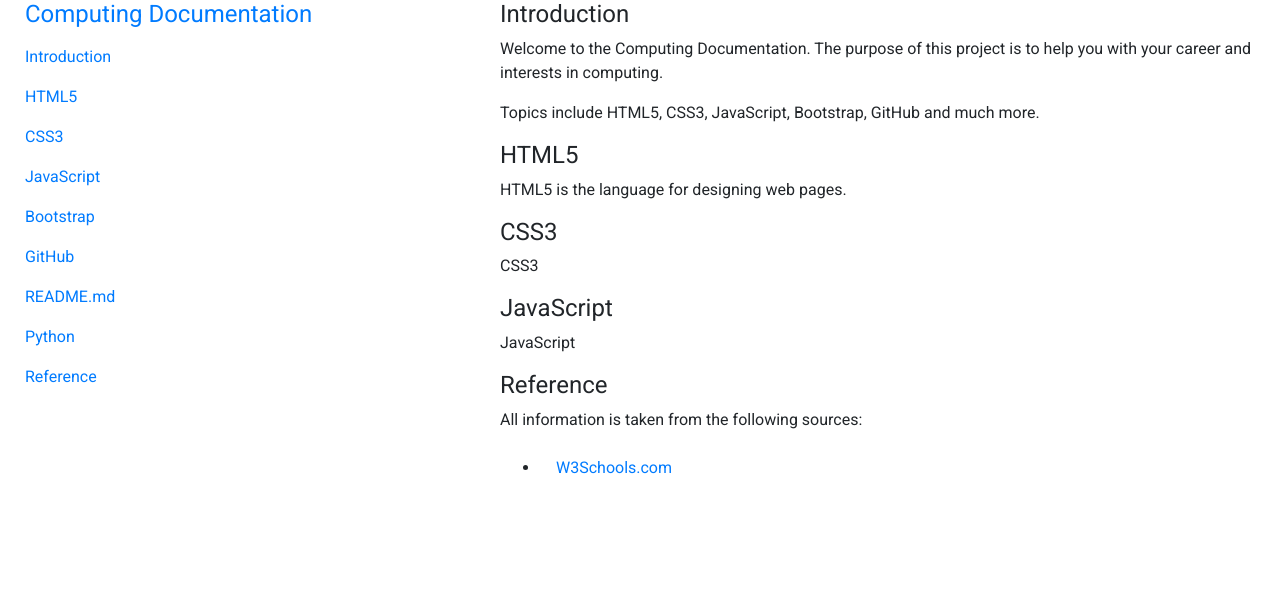
Repository: derektypist/technical-documentation-page
Page: index.html
The author's editor kept a record of every edit. The page is drawn from the files as they stood at one moment, then again after the next edit.
The browser window is 1280 px wide. The pictures show the whole page.

Above is the page before.

After the next edit:
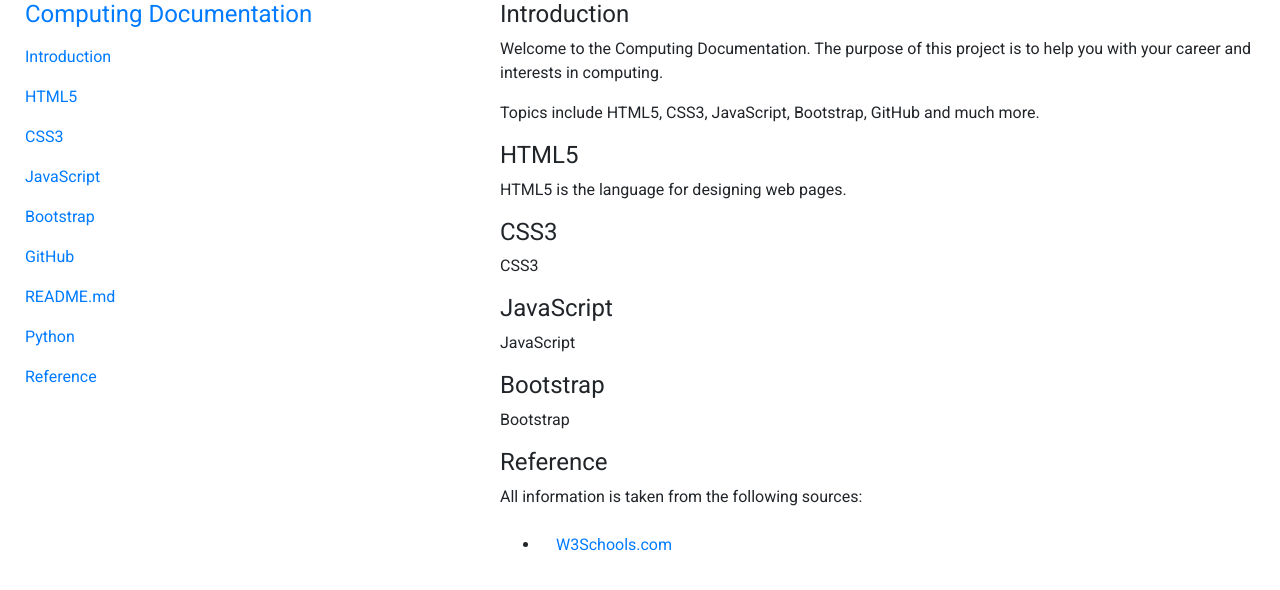
The edit:
--- a/index.html
+++ b/index.html
@@ -111,6 +111,15 @@
     <p>JavaScript</p>
   </article>
 </section>
+
+<section class="main-section">
+  <header id="Bootstrap">
+    <h4>Bootstrap</h4>
+  </header>
+  <article>
+    <p>Bootstrap</p>
+  </article>
+</section>
 <section class="main-section">
   <header id="Reference">
     <h4>Reference</h4>
